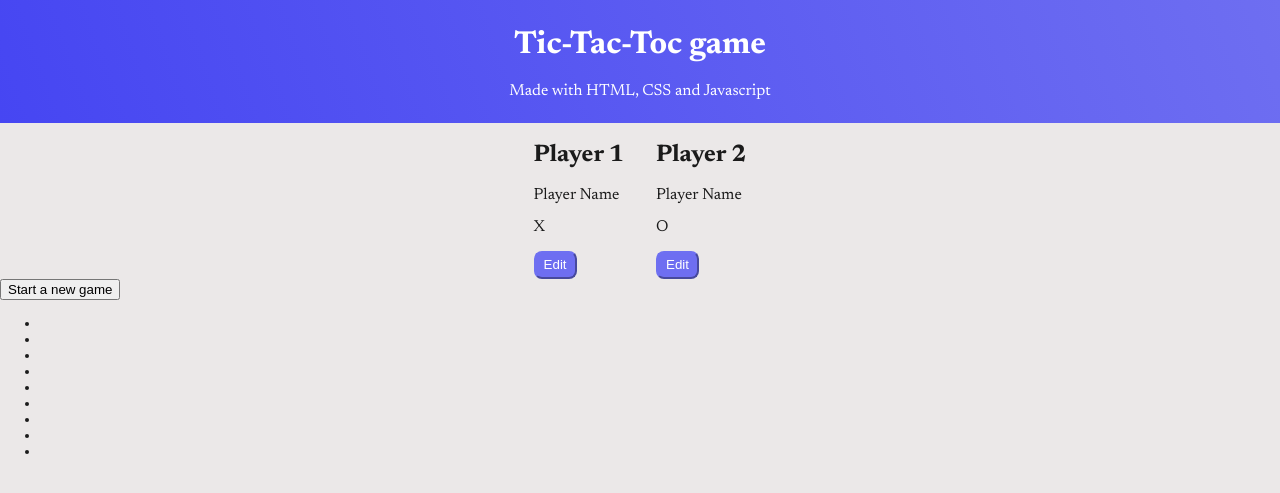
Repository: MicTomm/Tic-tac-toe-game
Page: index.html
The author's editor kept a copy of each file at every save. The page is drawn from the files as they stood at one save, then again after the next save.
The browser window is 1280 px wide. The pictures show the whole page.

Above is the page before, as saved 2023-06-23 16:16:34.
Not found: js-code

After the next save:
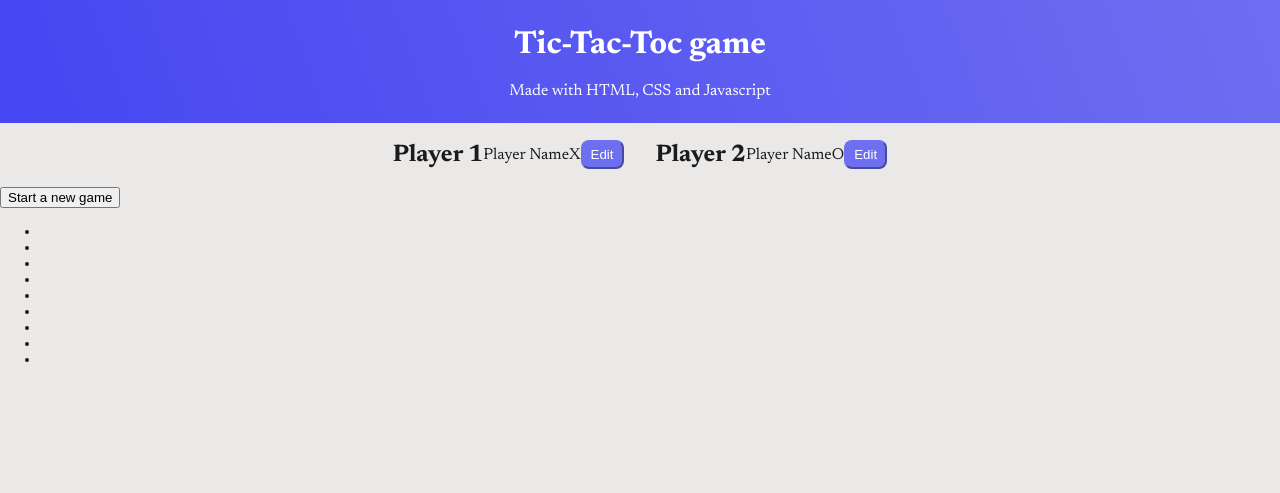
Saved 45 s later.
--- a/styles/configuration.css
+++ b/styles/configuration.css
@@ -8,4 +8,8 @@
 #player2-container{
     background-color: 241, 245, 245;
     margin: 0rem 1rem;
+    display: flex;
+    flex-flow: row;
+    justify-content: center;
+    align-items: center;
 }
